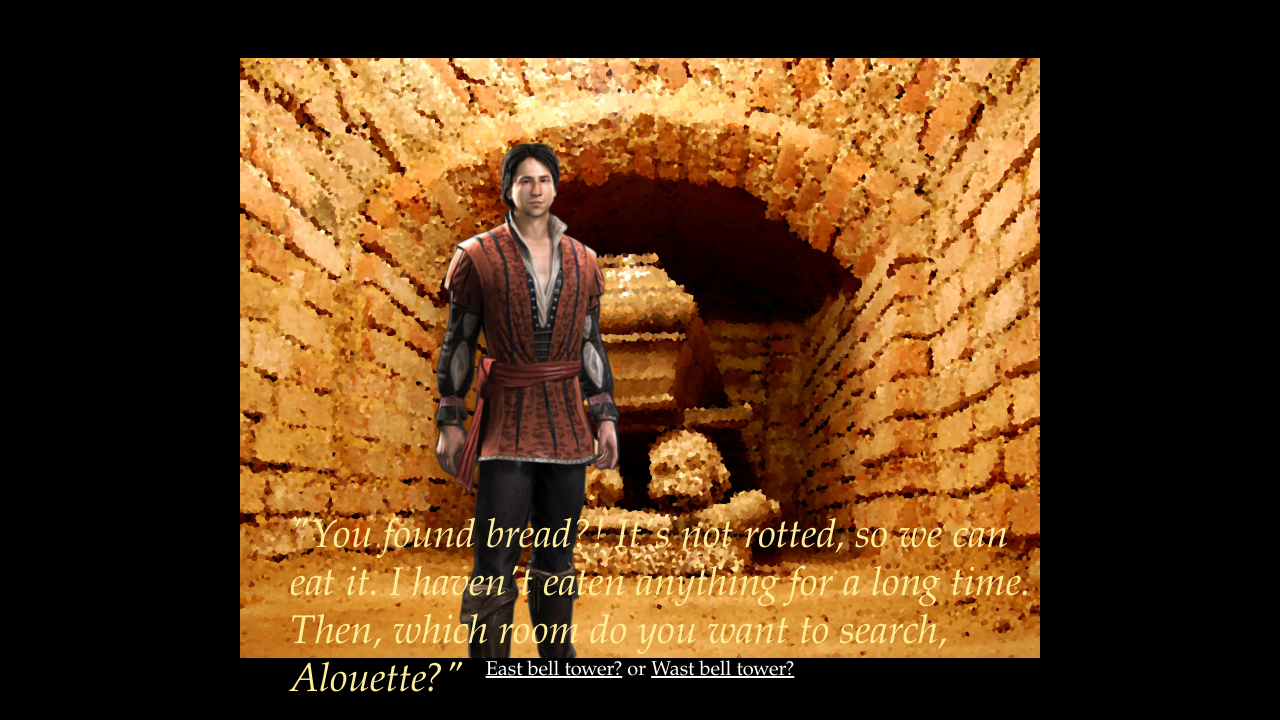
Repository: yiy225/yiy225.github.io
Page: final/ym3.html
The author's editor kept a record of every edit. The page is drawn from the files as they stood at one moment, then again after the next edit.
The browser window is 1280 px wide. The pictures show the whole page.

Above is the page before.

### final/ym3.html
<!DOCTYPE html>
<html>
   <head>
        <title>The Dance of Death</title>
        <link href="styles ym3.css" rel="stylesheet">
    </head>
    <body>
     <div class= div1></div>

     <div class= div2>
         <br>
         <br>
         <br>
         <br>
         <br>
         <br>
         <br>
         <br>
         <br>
         <br>
         <br>
         <br>
         <br>
         <br>
         <br>
         <br>
         <br>
         <br>
         <br>
         <div class= c2><i>"You found bread?! It's not rotted, so we can eat it. I haven't eaten anything for a long time.
         <br>Then, which room do you want to search, Alouette?"</i></div>

         </div>
         <a href="b1">East bell tower?</a> or <a href="b1">Wast bell tower?</a>

    </body>
</html>

### final/styles ym3.css
body {
    background-color: black;
    font-family: Garamond, serif;
    text-align: center;
    color: white;
    font-size: 20px;
}


.div1 {
    margin: 0px auto;
    width: 200px;
    height: 50px ;
    text-align: center;
    margin-left: auto;
    margin-right: auto;

}

.div2 {
    background-image: url(ym3.jpg);
    height: 600px;
    width: 800px;
    z-index: 100;
    margin-left: auto;
    margin-right: auto;
    text-align: left;

}

.c1{
    font-size: 40px;
    color: white;
    position: relative;
    margin-left:auto;
    margin-right:auto;
    padding-left:50px;
}

.c2{
    font-size: 40px;
    position: relative;
    margin-left:auto;
    margin-right:auto;
    color: #FFEE99;
    padding-left:50px;

}

a:link {
    color: white;
    font-size: 20px;
}

a:hover {
    color: white;
    font-size: 20px;
}

a:active {
	color: white;
	font-size: 20px;
}

a:visited {
	color: white;
	font-size: 20px;
}

After the next edit:
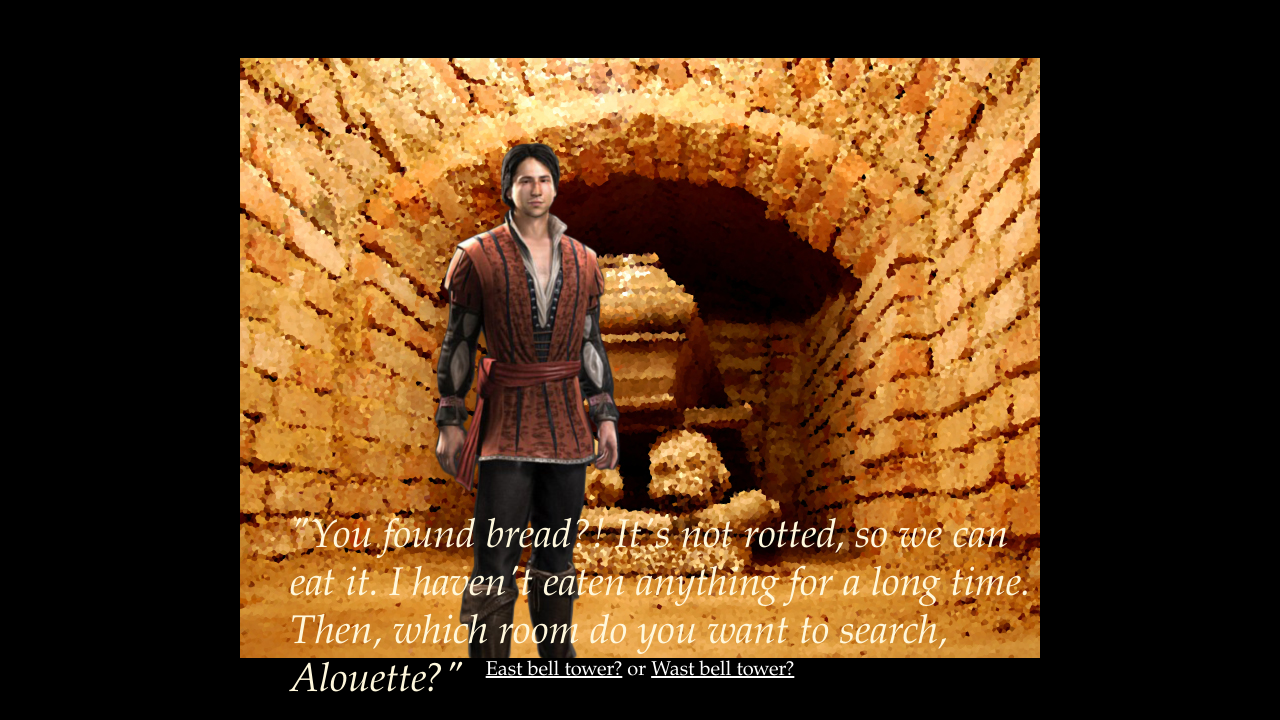
The edit:
--- a/final/styles ym3.css
+++ b/final/styles ym3.css
@@ -42,7 +42,7 @@
     position: relative;
     margin-left:auto;
     margin-right:auto;
-    color: #FFEE99;
+    color: #FFF8DC ;
     padding-left:50px;
 
 }
